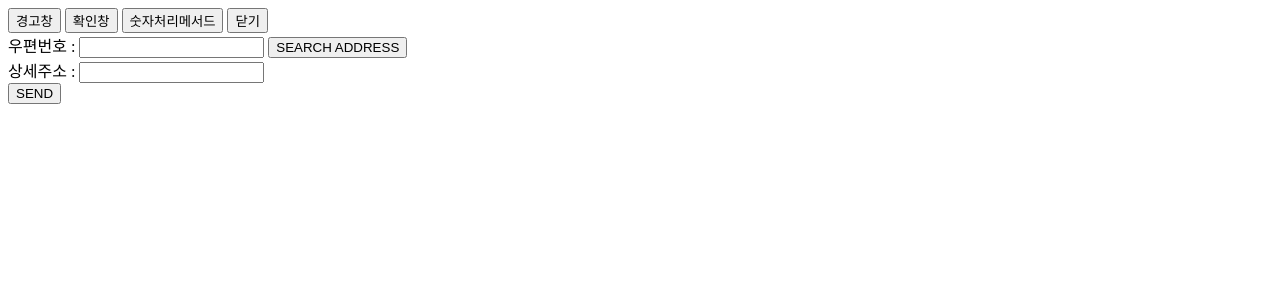
Repository: sonic247897/multicampus-web
Page: clientweb/WebContent/js_bom/js_window_test01.html
An editor plug-in stored every save of this project. The page is shown before and after the next save, followed by the edit.
The browser window is 1280 px wide. The pictures show the whole page.

Above is the page before, as saved 2020-01-08 05:10:43.

### clientweb/WebContent/js_bom/js_window_test01.html
<!DOCTYPE html>
<html>
<head>
<meta charset="EUC-KR">
<title>Insert title here</title>
	<script type="text/javascript">
		//window.confirm, window.alert 연습
		function testConfirm(){
			/* 브라우저 객체 모델. boolean을 리턴 */
			result = window.confirm("정말 삭제할꺼야?");
			//window.alert(result);
			// => if로 제어 가능하다.
			if(result){
				alert("실제 db에서 삭제수행하기");
			}else{
				alert("삭제 취소");
			}
		}
		//window.open, window.close 연습
		function searchAddress(){
			// path를 줄 수 있는 모든 곳에서 상대경로, 절대경로 똑같이 쓸 수 있다.
			// 텍스트로 써줘야 하며 ','로 구분한다.
			mypopup = window.open("js_popup.html", "mywin",
					"width=300, height=300, top=100, titlebar=yes");
			//팝업 - 병뚜껑(팝업창), 오프너 - 병따개(팝업창을 부른 브라우저)
		}
	</script>
</head>
<body>
	<!-- 사실 alert는 window에서 제공하는 메소드였음  -->
	<!-- <button~ 은 html5의 표기방식  -->
	<button onClick="window.alert('경고창')">경고창</button>
	<button onClick="testConfirm()">확인창</button>
	<button onClick="test_number()">숫자처리메서드</button>
	<button onClick="window.close()">닫기</button>

	<form action="" name="myform">
		우편번호 : <input type="text" name="zipcode"	>
		<input type="button" value="SEARCH ADDRESS" onClick="searchAddress()">
		<br>

		상세주소 : <input type="text" name="address"><br>
		<input type="submit" value="SEND">
	</form>
</body>
</html>

After the next save:
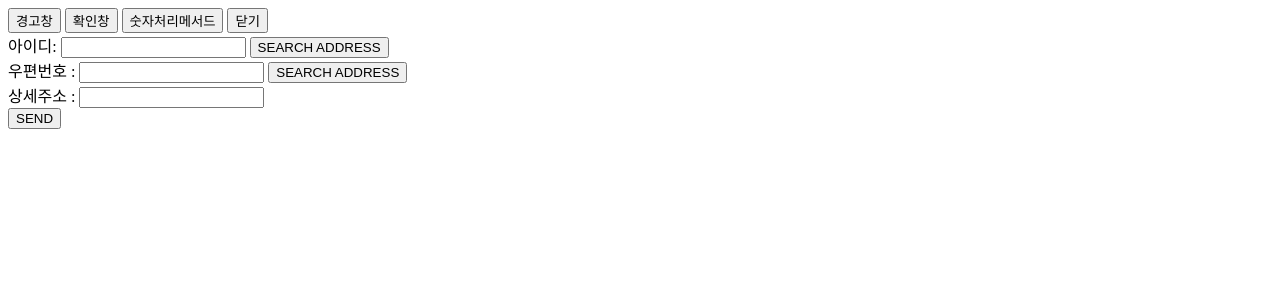
Saved 32 s later.
--- a/clientweb/WebContent/js_bom/js_window_test01.html
+++ b/clientweb/WebContent/js_bom/js_window_test01.html
@@ -35,6 +35,10 @@
 	<button onClick="window.close()">닫기</button>
 
 	<form action="" name="myform">
+		아이디: <input type="text" name="zipcode"	>
+		<input type="button" value="SEARCH ADDRESS" onClick="searchAddress()">
+		<br>
+
 		우편번호 : <input type="text" name="zipcode"	>
 		<input type="button" value="SEARCH ADDRESS" onClick="searchAddress()">
 		<br>
